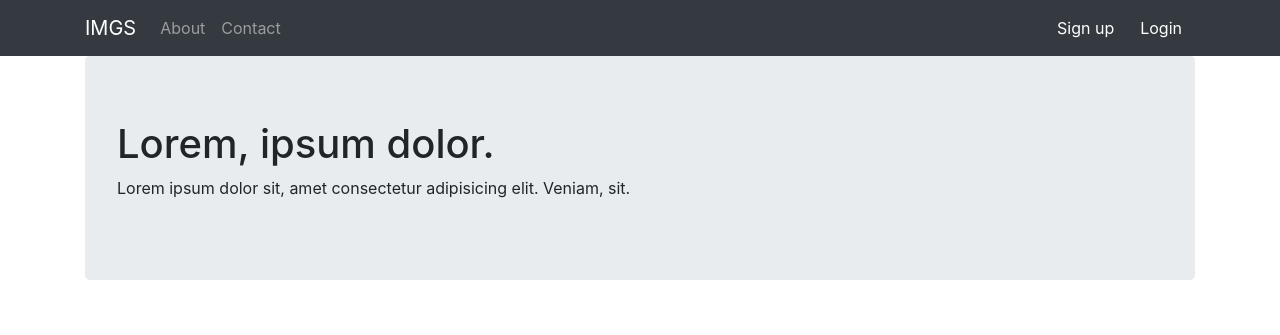
Repository: Mietlicha/exercise2
Page: index.html
These files come from the project's save history. The page is drawn as it stood at one moment and after the next save; the edit follows.
The browser window is 1280 px wide. The pictures show the whole page.

Above is the page before, as saved 2019-10-22 21:01:45.

### index.html
<!DOCTYPE html>
<html lang="en">

<head>
    <meta charset="UTF-8">
    <meta name="viewport" content="width=device-width, initial-scale=1.0">
    <meta http-equiv="X-UA-Compatible" content="ie=edge">
    <title>Document</title>
    <link rel="stylesheet" href="https://stackpath.bootstrapcdn.com/bootstrap/4.3.1/css/bootstrap.min.css"
        integrity="sha384-ggOyR0iXCbMQv3Xipma34MD+dH/1fQ784/j6cY/iJTQUOhcWr7x9JvoRxT2MZw1T" crossorigin="anonymous">
    <link rel="stylesheet" href="style.css">

</head>

<body>
       <nav class="navbar navbar-expand-lg navbar-dark bg-dark">
            <div class="container">
            <a class="navbar-brand" href="#">IMGS</a>
            <button class="navbar-toggler" type="button" data-toggle="collapse" data-target="#navbarSupportedContent" aria-controls="navbarSupportedContent" aria-expanded="false" aria-label="Toggle navigation">
              <span class="navbar-toggler-icon"></span>
            </button>
            <div class="collapse navbar-collapse" id="navbarSupportedContent">
              <ul class="navbar-nav mr-auto">
                    <li class="nav-item">
                    <a class="nav-link" href="#">About</a>
                </li>
                <li class="nav-item">
                  <a class="nav-link" href="#">Contact</a>
                </li>
            </ul>
              <form class="form-inline my-2 my-lg-0">
                <button class="btn my-2 my-sm-0 color" type="submit">Sign up</button>
                <button class="btn my-2 my-sm-0 color" type="submit">Login</button>
              </form>
            </div>
            </div>
          </nav>

          <div class="container">
                <div class="jumbotron">
                    <h1>Lorem, ipsum dolor.</h1>
                    <p>Lorem ipsum dolor sit, amet consectetur adipisicing elit. Veniam, sit.</p>
                </div>
            </div>

        <script src="https://code.jquery.com/jquery-3.3.1.slim.min.js" integrity="sha384-q8i/X+965DzO0rT7abK41JStQIAqVgRVzpbzo5smXKp4YfRvH+8abtTE1Pi6jizo" crossorigin="anonymous"></script>
        <script src="https://cdnjs.cloudflare.com/ajax/libs/popper.js/1.14.7/umd/popper.min.js" integrity="sha384-UO2eT0CpHqdSJQ6hJty5KVphtPhzWj9WO1clHTMGa3JDZwrnQq4sF86dIHNDz0W1" crossorigin="anonymous"></script>
        <script src="https://stackpath.bootstrapcdn.com/bootstrap/4.3.1/js/bootstrap.min.js" integrity="sha384-JjSmVgyd0p3pXB1rRibZUAYoIIy6OrQ6VrjIEaFf/nJGzIxFDsf4x0xIM+B07jRM" crossorigin="anonymous"></script>
    </body>

</html>

### style.css
.color{
    color: #fff;
}

After the next save:
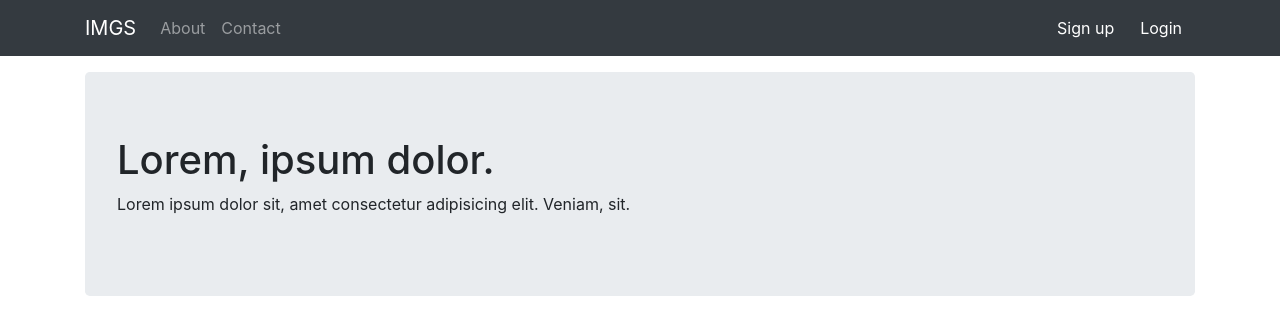
Saved 88 s later.
--- a/style.css
+++ b/style.css
@@ -1,3 +1,7 @@
 .color{
     color: #fff;
 }
+
+nav{
+    margin-bottom: 1rem;
+}
